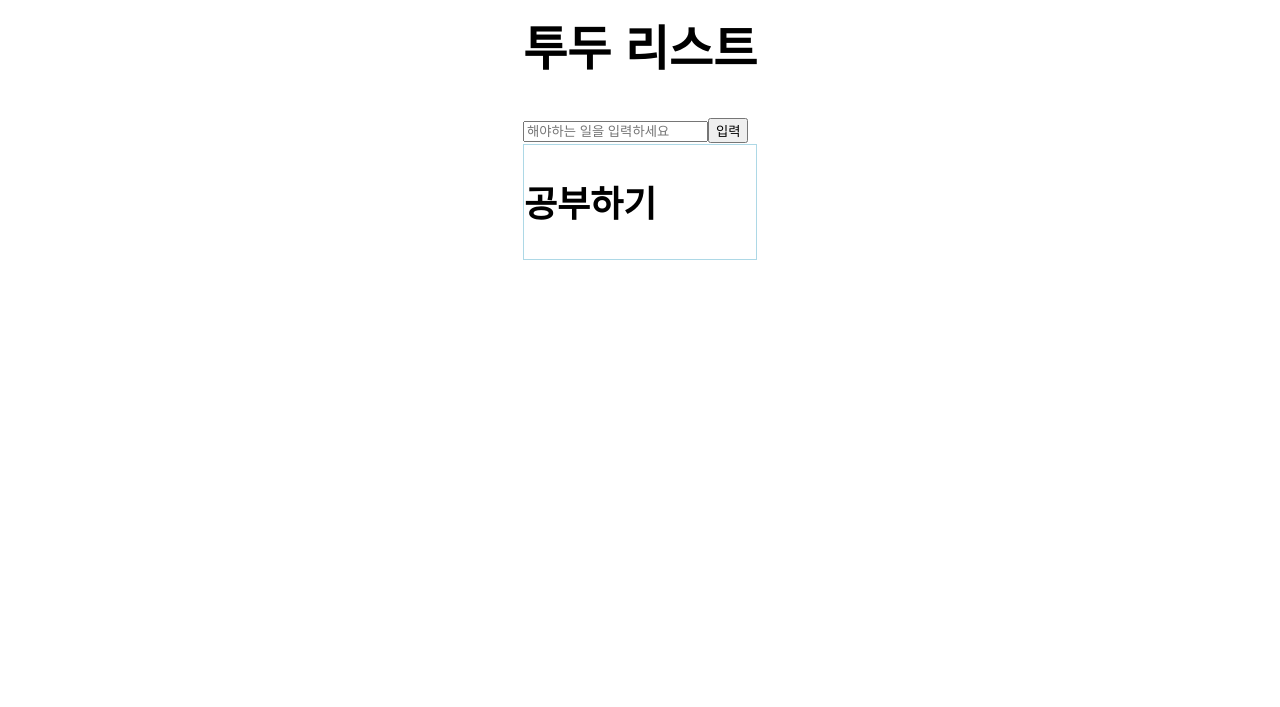
Repository: jun01270/Todo-List_React
Page: /
The author's editor kept a copy of each file at every save. The page is drawn from the files as they stood at one save, then again after the next save.
The browser window is 1280 px wide. The pictures show the whole page.
The project was rebuilt for these pictures with package versions that can differ from the ones it lists, and the page was loaded fresh each time.

Above is the page before, as saved 2023-01-02 13:49:18.

After the next save:
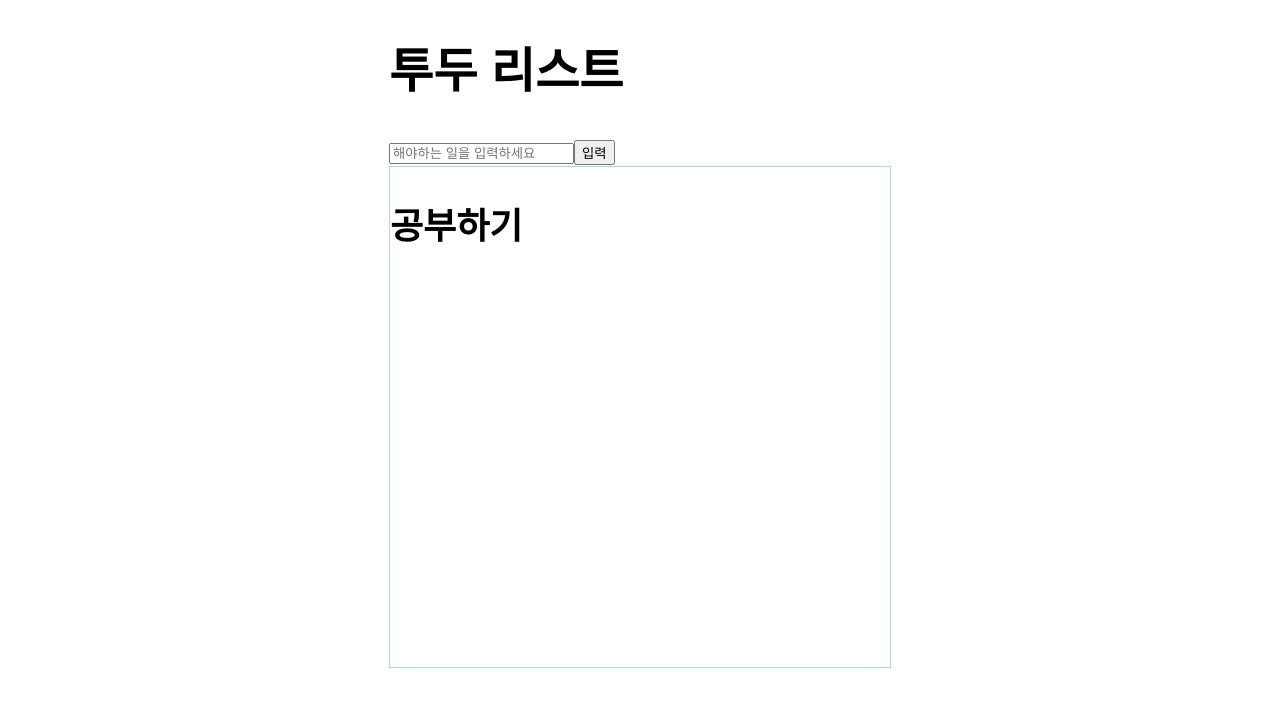
Saved 17 s later.
--- a/src/App.css
+++ b/src/App.css
@@ -9,12 +9,13 @@
 }
 
 .todo-title {
-  margin-top: 10px;
   /* width: 500px;
   height: 500px; */
   font-family: "Nanum Pen Script", cursive;
 }
 
 .todo-items {
+  width: 500px;
+  height: 500px;
   border: 1px solid lightblue;
 }
